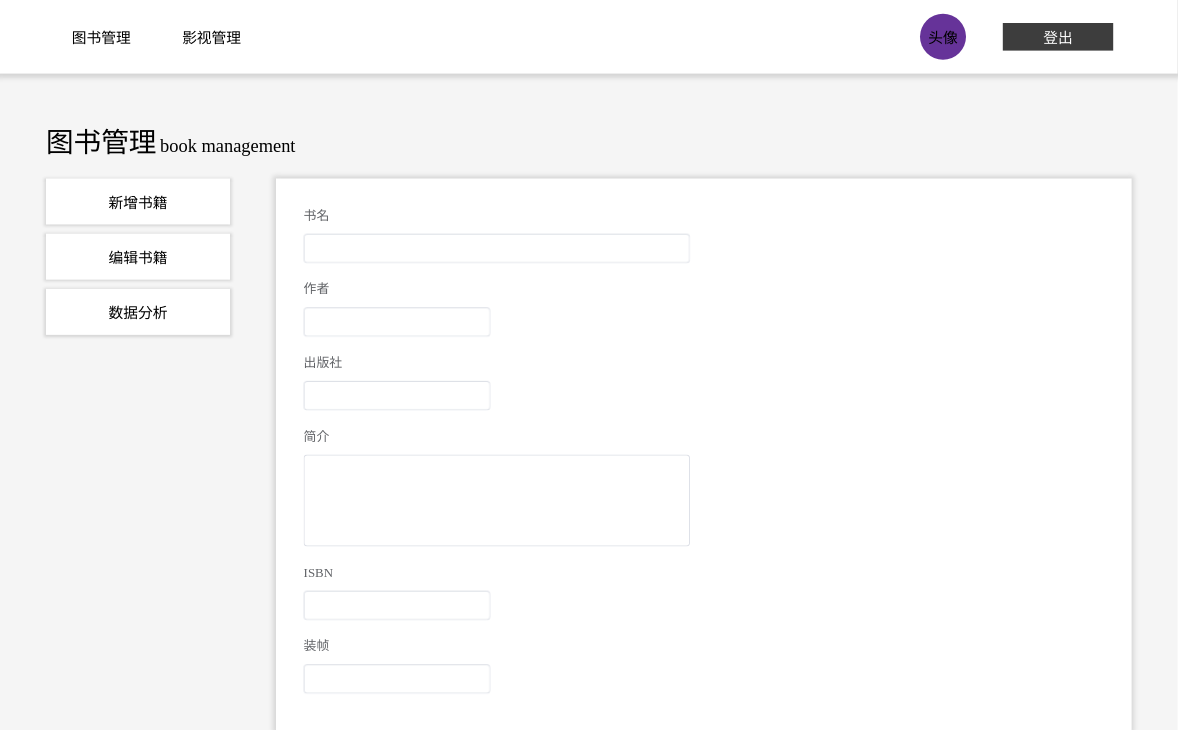
Repository: quanwangniuniu/Oasis-Reading-Platform
Page: /#/admin/books (app in Vue-frontend/)
The author's editor kept a copy of each file at every save. The page is drawn from the files as they stood at one save, then again after the next save.
The browser window is 1280 px wide. The pictures show the whole page, at 92% of full size.
Some web fonts or font styles are not loaded; a fallback is used. The project was rebuilt for these pictures with package versions that can differ from the ones it lists, and the page was loaded fresh each time. Also part of the build but not shown: Vue-frontend/vite.config.js, Vue-frontend/src/components/Test.vue, Vue-frontend/src/components/user/books/BookCard.vue, Vue-frontend/src/components/axios/config.js, Vue-frontend/src/components/axios/api.js, Vue-frontend/src/components/user/books/Books.vue, Vue-frontend/src/components/user/movies/Favourites.vue, Vue-frontend/src/components/user/explore/Explore.vue and 10 more.

Above is the page before, as saved 2023-04-13 16:33:49.

After the next save:
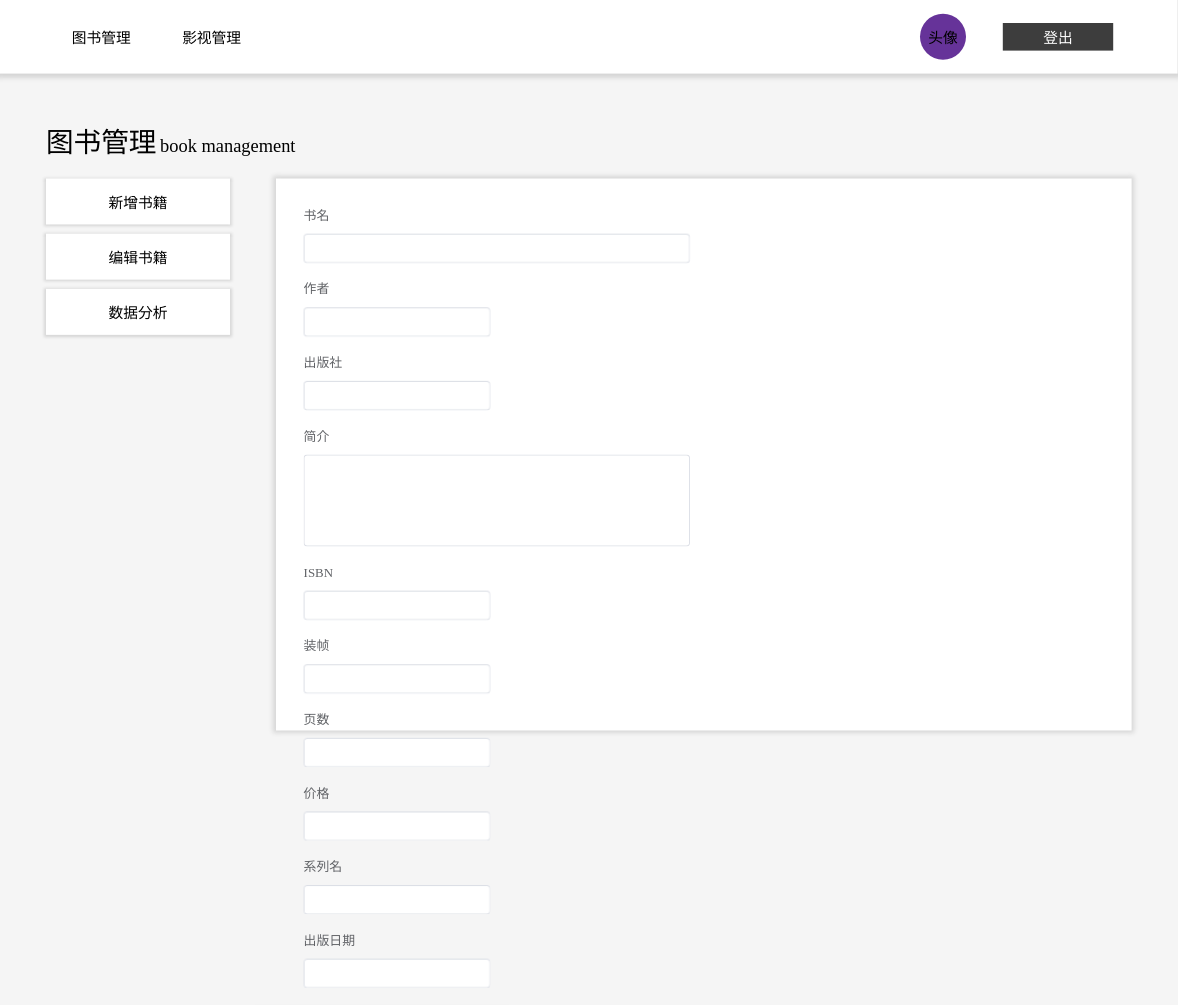
Saved 84 s later.
--- a/Vue-frontend/src/components/admin/bookManagement/BookManagement.vue
+++ b/Vue-frontend/src/components/admin/bookManagement/BookManagement.vue
@@ -54,6 +54,18 @@ const bookItem = ref({
             <el-form-item label="装帧">
               <el-input v-model="bookItem.binding" />
             </el-form-item>
+            <el-form-item label="页数">
+              <el-input v-model="bookItem.page" />
+            </el-form-item>
+            <el-form-item label="价格">
+              <el-input v-model="bookItem.price" />
+            </el-form-item>
+            <el-form-item label="系列名">
+              <el-input v-model="bookItem.price" />
+            </el-form-item>
+            <el-form-item label="出版日期">
+              <el-input v-model="bookItem.price" />
+            </el-form-item>
           </el-form>
         </div>
       </div>
